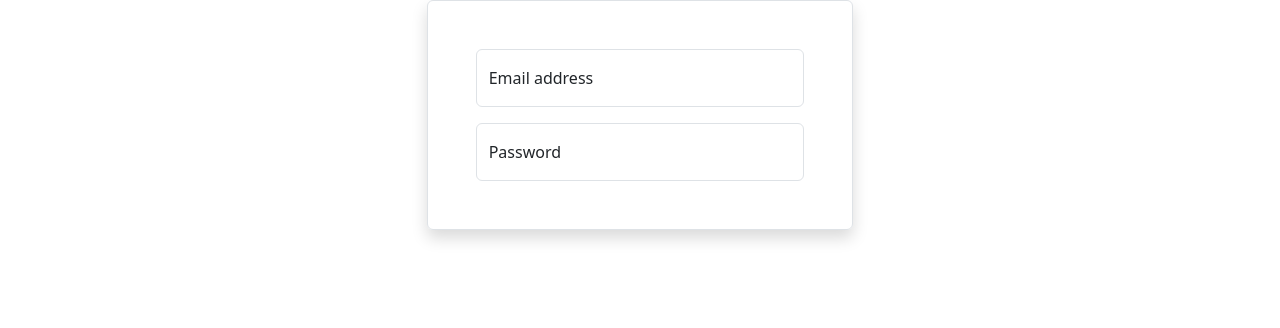
Repository: jaevoy2/lara_demo
Page: http://localhost/
These files come from the project's save history. The page is drawn as it stood at one moment and after the next save; the edit follows.
The browser window is 1280 px wide. The pictures show the whole page.
The page is served by the project's Laravel application, run on PHP 8.4 with Laravel 12. Other server files are loaded and not shown.

Above is the page before, as saved 2026-07-06 22:50:11.

### routes/web.php
<?php

use Illuminate\Support\Facades\Route;
use App\Http\Controllers\StudentController;


Route::get('/', function () {
    return view('login');
});

Route::get('/dashboard', function () {
    return view('dashboard');
});

### resources/views/login.blade.php
@extends('_layout._auth-head')

@section('content')

    <div class="container d-flex flex-column justify-content-center col-4 p-5 border rounded shadow align-self-center">
        <div class="form-floating mb-3">
            <input type="email" class="form-control" id="floatingInput" placeholder="name@example.com">
                <label for="floatingInput">Email address</label>
        </div>
        <div class="form-floating">
            <input type="password" class="form-control" id="floatingPassword" placeholder="Password">
            <label for="floatingPassword">Password</label>
        </div>
    </div>

@endsection

### resources/views/_layout/_auth-head.blade.php
<!DOCTYPE html>
<html lang="en">
<head>
    <meta charset="UTF-8">
    <meta name="viewport" content="width=device-width, initial-scale=1.0">
    <link href="https://cdn.jsdelivr.net/npm/bootstrap@5.3.8/dist/css/bootstrap.min.css" rel="stylesheet" integrity="sha384-sRIl4kxILFvY47J16cr9ZwB07vP4J8+LH7qKQnuqkuIAvNWLzeN8tE5YBujZqJLB" crossorigin="anonymous">
    <link rel="stylesheet" href="{{ asset('css/styles.css') }}">
    <title>Document</title>
</head>
<body>

    @yield('content')

    <script src="https://cdn.jsdelivr.net/npm/bootstrap@5.3.8/dist/js/bootstrap.bundle.min.js" integrity="sha384-FKyoEForCGlyvwx9Hj09JcYn3nv7wiPVlz7YYwJrWVcXK/BmnVDxM+D2scQbITxI" crossorigin="anonymous"></script>
</body>
</html>

After the next save:
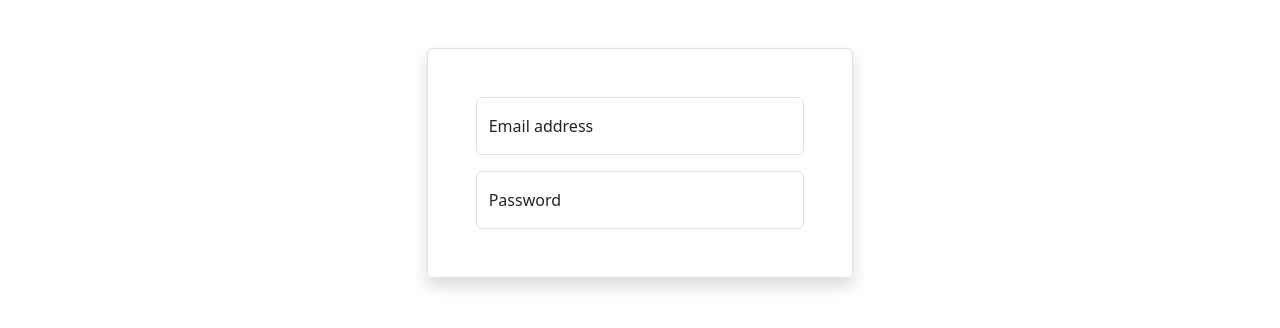
Saved 9 s later.
--- a/resources/views/login.blade.php
+++ b/resources/views/login.blade.php
@@ -2,7 +2,7 @@
 
 @section('content')
 
-    <div class="container d-flex flex-column justify-content-center col-4 p-5 border rounded shadow align-self-center">
+    <div class="container d-flex flex-column justify-content-center col-4 p-5 border rounded shadow align-self-center mt-5">
         <div class="form-floating mb-3">
             <input type="email" class="form-control" id="floatingInput" placeholder="name@example.com">
                 <label for="floatingInput">Email address</label>
